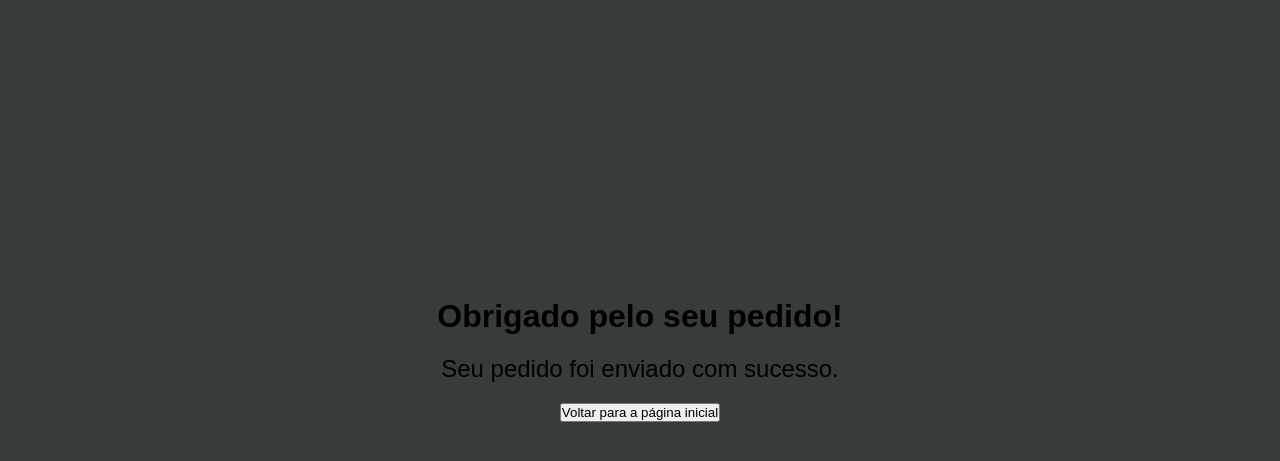
Repository: Marinalr-25/Projeto-Aparelhos-de-Academia
Page: thanks.html
The author's editor kept a copy of each file at every save. The page is drawn from the files as they stood at one save, then again after the next save.
The browser window is 1280 px wide. The pictures show the whole page.

Above is the page before, as saved 2025-01-14 14:14:42.

After the next save:
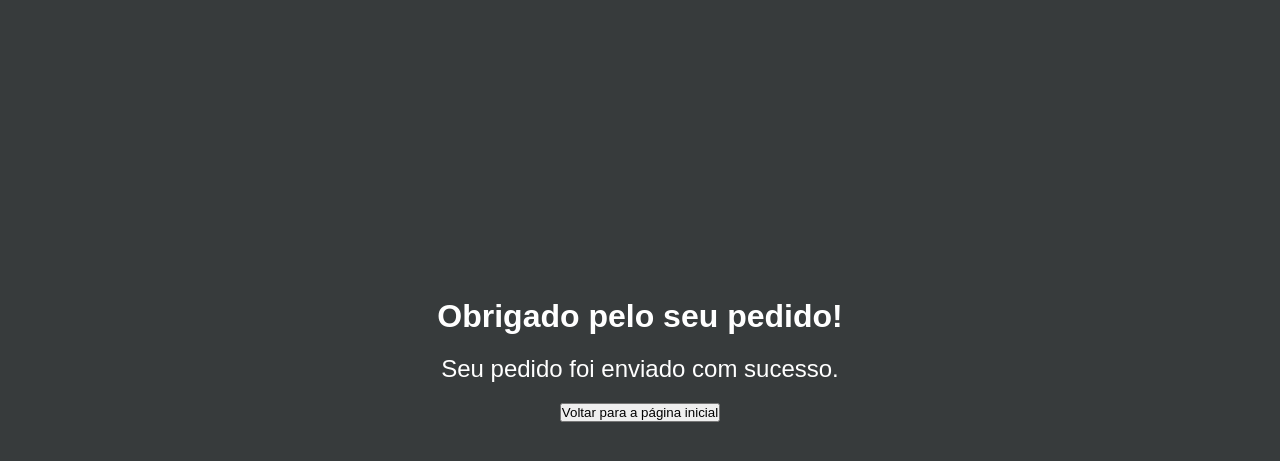
Saved 25 s later.
--- a/css/thanks.css
+++ b/css/thanks.css
@@ -11,6 +11,7 @@
 body {
   font-family: 'Montserrat', sans-serif;
   background-color: #373b3c;
+  color: White;
   display: flex;
   flex-direction: column;
   justify-content: center;

After the save that followed:
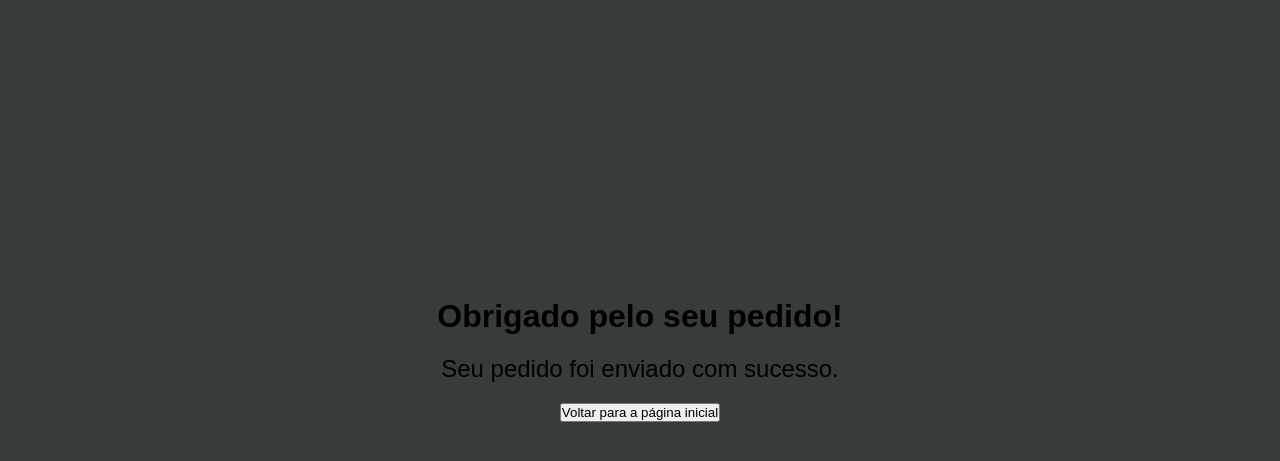
Saved 9 s later.
--- a/css/thanks.css
+++ b/css/thanks.css
@@ -11,7 +11,7 @@
 body {
   font-family: 'Montserrat', sans-serif;
   background-color: #373b3c;
-  color: White;
+  color: var(--cor-fundo);
   display: flex;
   flex-direction: column;
   justify-content: center;
